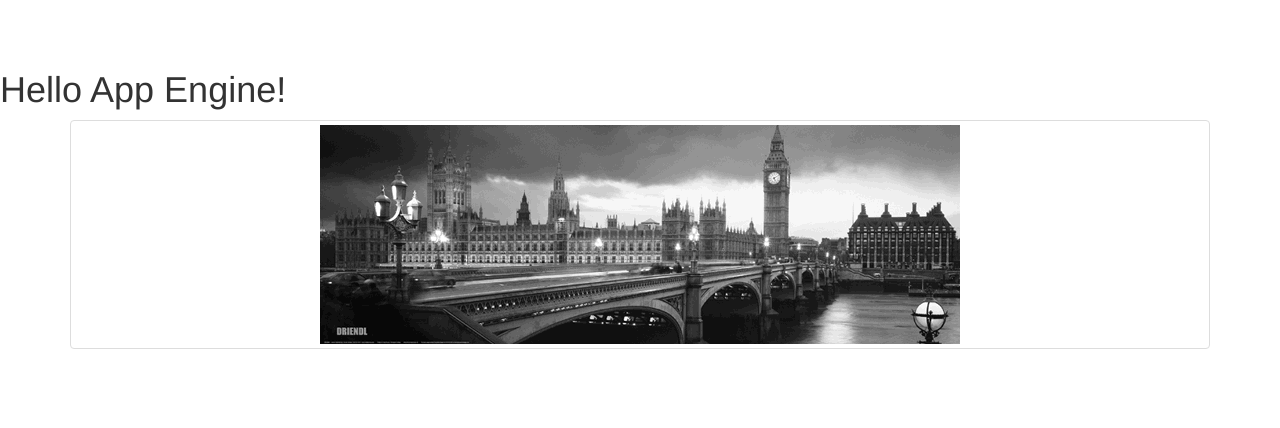
Repository: punithavathi/J2EEconcepts
Page: Bootstrapimage/war/index.html
These files come from the project's save history. The page is drawn as it stood at one moment and after the next save; the edit follows.
The browser window is 1280 px wide. The pictures show the whole page.
Some web libraries are served in a nearby version.

Above is the page before, as saved 2015-10-29 15:49:02.

### Bootstrapimage/war/index.html
<!DOCTYPE HTML PUBLIC "-//W3C//DTD HTML 4.01 Transitional//EN">
<!-- The HTML 4.01 Transitional DOCTYPE declaration-->
<!-- above set at the top of the file will set     -->
<!-- the browser's rendering engine into           -->
<!-- "Quirks Mode". Replacing this declaration     -->
<!-- with a "Standards Mode" doctype is supported, -->
<!-- but may lead to some differences in layout.   -->

<html>
<head>

  <link rel="stylesheet" href="http://maxcdn.bootstrapcdn.com/bootstrap/3.3.5/css/bootstrap.min.css">
  <script src="https://ajax.googleapis.com/ajax/libs/jquery/1.11.3/jquery.min.js"></script>
  <script src="http://maxcdn.bootstrapcdn.com/bootstrap/3.3.5/js/bootstrap.min.js"></script>
  <link rel="stylesheet" href="style.css">
<meta http-equiv="content-type" content="text/html; charset=UTF-8">
<title>Hello App Engine</title>
</head>

<body>
	<h1>Hello App Engine!</h1>

	<div class="container">

		<div class="span4">
			<div class="thumbnail">
				<div class="caption">
					<h4>Thumbnail Headline</h4>
					<p>short thumbnail description</p>
					<p>
						<a href="" class="label label-danger" rel="tooltip" title="Zoom">Zoom</a>
						<a href="" class="label label-default" rel="tooltip"
							title="Download now">Download</a>
					</p>
				</div>
				<img src="Driend9.gif" alt="...">
			</div>
		</div>
	</div>


</body>
</html>

### Bootstrapimage/war/style.css
body {
  padding-top: 50px;
}

.thumbnail {
    position:relative;
    overflow:hidden;
}

.caption {
    position:absolute;
    top:0;
    right:0;
    background:rgba(66, 139, 202, 0.75);
    width:100%;
    height:100%;
    padding:2%;
    display: none;
    text-align:center;
    color:#fff !important;
    z-index:2;
}

After the next save:
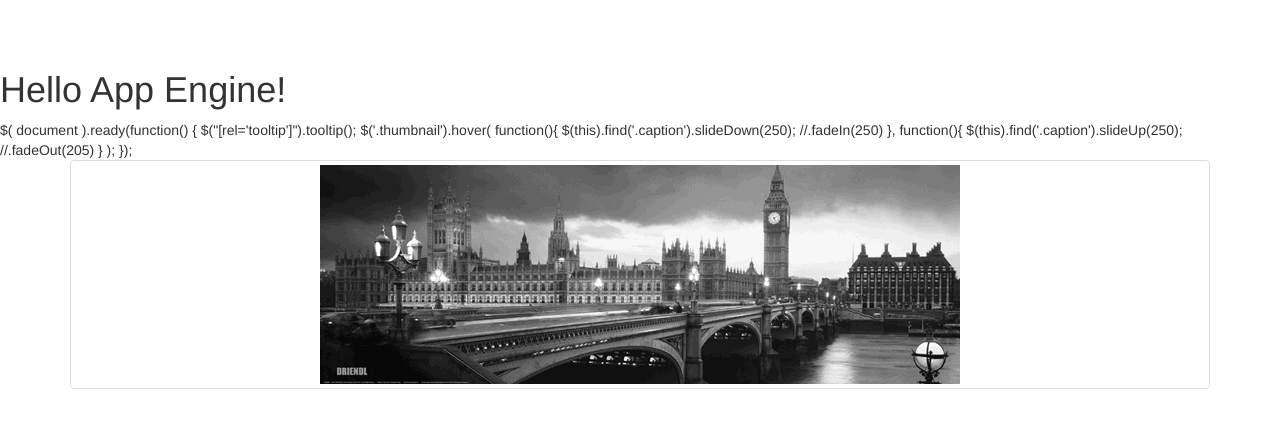
Saved 49 s later.
--- a/Bootstrapimage/war/index.html
+++ b/Bootstrapimage/war/index.html
@@ -19,6 +19,18 @@
 
 <body>
 	<h1>Hello App Engine!</h1>
+	$( document ).ready(function() {
+    $("[rel='tooltip']").tooltip();
+
+    $('.thumbnail').hover(
+        function(){
+            $(this).find('.caption').slideDown(250); //.fadeIn(250)
+        },
+        function(){
+            $(this).find('.caption').slideUp(250); //.fadeOut(205)
+        }
+    );
+});
 
 	<div class="container">
 
